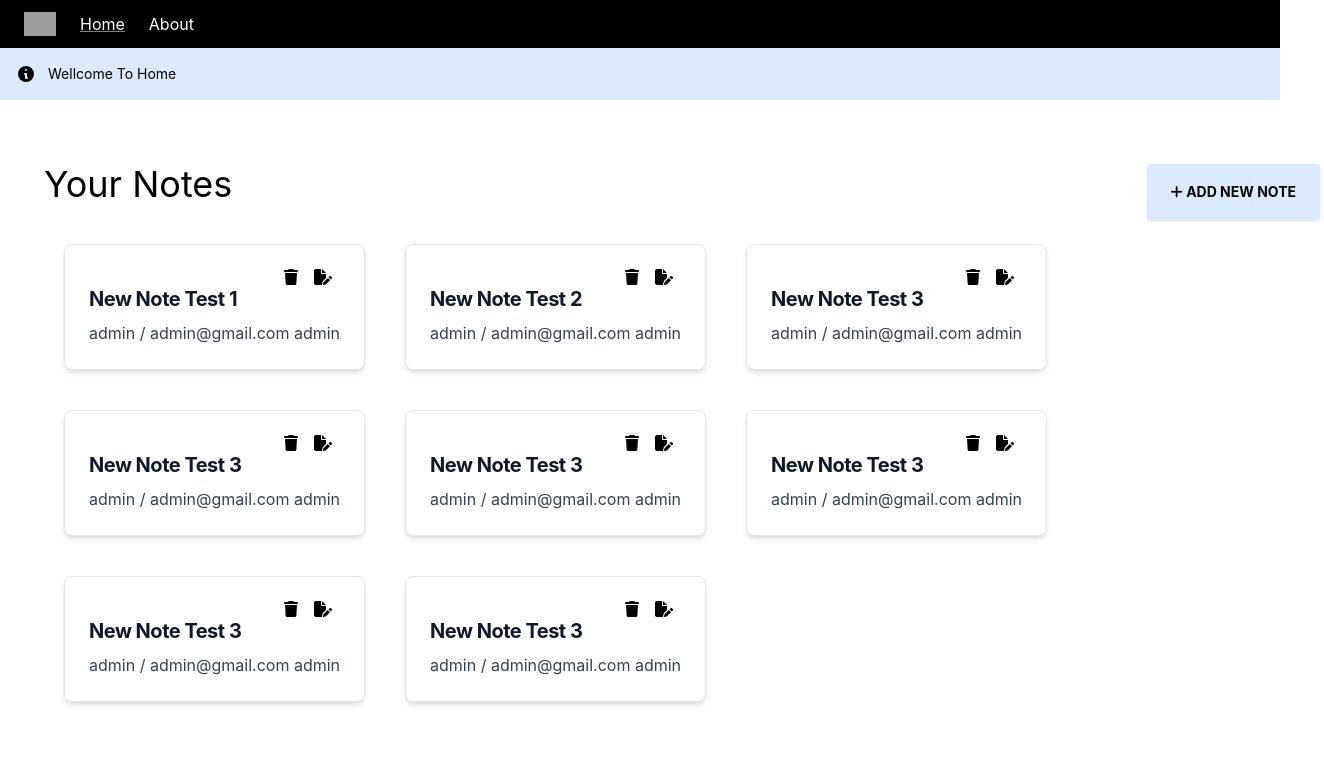
Repository: sonawaneteju4/iNote
Page: /
These files come from the project's save history. The page is drawn as it stood at one moment and after the next save; the edit follows.
The browser window is 1280 px wide. The page is 1324 px wide, so the pictures cover 1324 px, including what lies to the right of the window. The pictures show the whole page.
Pictures or frames that could not be fetched are drawn as grey boxes. Some web libraries are served in a nearby version. The project was rebuilt for these pictures with package versions that can differ from the ones it lists, and the page was loaded fresh each time. Also part of the build but not shown: src/components/AddNote.js, src/components/About.js.

Above is the page before, as saved 2022-10-11 10:55:24.

### public/index.html
<!DOCTYPE html>
<html lang="en">
  <head>
    <meta charset="utf-8" />
    <link rel="icon" href="%PUBLIC_URL%/favicon.ico" />
    <meta name="viewport" content="width=device-width, initial-scale=1" />
    <meta name="theme-color" content="#000000" />
    <meta
      name="description"
      content="Web site created using create-react-app"
    />
    <link rel="apple-touch-icon" href="%PUBLIC_URL%/logo192.png" />

    <link rel="manifest" href="%PUBLIC_URL%/manifest.json" />

    <title>iNote - Secured Notes On Cloud</title>
  </head>
  <body>
    <noscript>You need to enable JavaScript to run this app.</noscript>
    <script src="https://kit.fontawesome.com/61d960ae85.js" crossorigin="anonymous"></script>
    <div id="root"></div>
  </body>
</html>

### src/App.js
import "./App.css";
import { BrowserRouter, Routes, Route } from "react-router-dom";
import Navbar from "./components/Navbar";
import Home from "./components/Home";
import About from "./components/About";
import NoteState from "./context/notes/NoteState";
import Alert from "./components/Alert";

function App() {
  return (
    <>
      <NoteState>
        <BrowserRouter>
          <Navbar />
          <Alert message="Wellcome To Home"/>
          <div className="container m-11">

          <Routes>
            <Route exact path="/" element={<Home />}></Route>
            <Route exact path="/about" element={<About />}></Route>
          </Routes>
          </div>
        </BrowserRouter>
      </NoteState>
    </>
  );
}

export default App;

### src/App.css
.App {
  text-align: center;
}

.App-logo {
  height: 40vmin;
  pointer-events: none;
}

@media (prefers-reduced-motion: no-preference) {
  .App-logo {
    animation: App-logo-spin infinite 20s linear;
  }
}

.App-header {
  background-color: #282c34;
  min-height: 100vh;
  display: flex;
  flex-direction: column;
  align-items: center;
  justify-content: center;
  font-size: calc(10px + 2vmin);
  color: white;
}

.App-link {
  color: #61dafb;
}

@keyframes App-logo-spin {
  from {
    transform: rotate(0deg);
  }
  to {
    transform: rotate(360deg);
  }
}
i{cursor: pointer;

}

### src/components/Navbar.js
import React, {useEffect} from 'react'
import { Link, useLocation } from 'react-router-dom'

const Navbar = () => {
  let location = useLocation();
  useEffect(() => {
    console.log(location.pathname);
  }, [location])

  return (
    <nav className='flex bg-black text-white sticky top-0'>
        <ul className='flex m-3'>
            <li className='px-3'><Link to="/"><img alt="Logo" className='h-6' src='https://i.ibb.co/yyD6c8M/i-NOTE-3.png'></img></Link></li>
            <li className={`px-3  ${location.pathname==='/'? "underline decoration-sky-500": ""}`}><Link to="/">Home</Link></li>
            <li className={`px-3  ${location.pathname==='/about'? "underline decoration-sky-500": ""}`}><Link to="/about">About</Link></li>
        </ul>

    </nav>
  )
}

export default Navbar

### src/components/Home.js
import React from 'react'
// import NoteState from '../context/notes/NoteState';
import Notes from './Notes';

const Home = () => {

  return (
    <>
      <Notes/>
    </>

  )
}

export default Home

### src/context/notes/NoteState.js
import { useState } from 'react';
import NoteContext from './NoteContext';


const NoteState = (props) =>{
    const notesInitial = [
        {
          "_id": "6343f8ff5e6343bed4b7ddb5",
          "user": "63402d7553af99b0eef26534",
          "title": "New Note Test 1 ",
          "description": "admin / admin@gmail.com admin",
          "tag": "test",
          "date": "1665390388538",
          "__v": 0
        },
        {
          "_id": "6343f90f5e6343bed4b7ddb8",
          "user": "63402d7553af99b0eef26534",
          "title": "New Note Test 2 ",
          "description": "admin / admin@gmail.com admin",
          "tag": "test",
          "date": "1665390388538",
          "__v": 0
        },
        {
          "_id": "6343f9155e6343bed4b7ddba",
          "user": "63402d7553af99b0eef26534",
          "title": "New Note Test 3 ",
          "description": "admin / admin@gmail.com admin",
          "tag": "test",
          "date": "1665390388538",
          "__v": 0
        },
        {
            "_id": "6343f9155e6343bed4b7ddba",
            "user": "63402d7553af99b0eef26534",
            "title": "New Note Test 3 ",
            "description": "admin / admin@gmail.com admin",
            "tag": "test",
            "date": "1665390388538",
            "__v": 0
          },
          {
            "_id": "6343f9155e6343bed4b7ddba",
            "user": "63402d7553af99b0eef26534",
            "title": "New Note Test 3 ",
            "description": "admin / admin@gmail.com admin",
            "tag": "test",
            "date": "1665390388538",
            "__v": 0
          },
          {
            "_id": "6343f9155e6343bed4b7ddba",
            "user": "63402d7553af99b0eef26534",
            "title": "New Note Test 3 ",
            "description": "admin / admin@gmail.com admin",
            "tag": "test",
            "date": "1665390388538",
            "__v": 0
          },
          {
            "_id": "6343f9155e6343bed4b7ddba",
            "user": "63402d7553af99b0eef26534",
            "title": "New Note Test 3 ",
            "description": "admin / admin@gmail.com admin",
            "tag": "test",
            "date": "1665390388538",
            "__v": 0
          },
          {
            "_id": "6343f9155e6343bed4b7ddba",
            "user": "63402d7553af99b0eef26534",
            "title": "New Note Test 3 ",
            "description": "admin / admin@gmail.com admin",
            "tag": "test",
            "date": "1665390388538",
            "__v": 0
          }
      ]
      const [notes, setNotes] = useState(notesInitial)

      //Add a Note
      const addNote = (title, description,tag)=>{
        const note = {
          "_id": "6343f9155e6343bed4b7ddba",
          "user": "63402d7553af99b0eef26534",
          "title": title,
          "description": description,
          "tag": tag,
          "date": "1665390388538",
          "__v": 0
        };
        setNotes(notes.concat(note))
      }

      // Delete a Note
      const deleteNote = (id)=>{
        console.log(id)
        const newNotes = notes.filter((note)=>{return note._id!==id})
        setNotes(newNotes)
      }

      //Edit a Note
const editNote = (id, title, description,tag)=>{

}

    return(

        <NoteContext.Provider value={{notes, notesInitial, addNote ,deleteNote ,editNote }}>
            {props.children}
        </NoteContext.Provider>
            )
}

export default NoteState;

### src/components/Alert.js
import React from 'react'

const Alert = (props) => {
  return (
    <div className=''>
      <div className="flex p-4 mb-4 text-sm bg-blue-100 rounded-lgz text-black " role="alert">
  <svg aria-hidden="true" className="flex-shrink-0 inline w-5 h-5 mr-3" fill="currentColor" viewBox="0 0 20 20" xmlns="http://www.w3.org/2000/svg"><path fill-rule="evenodd" d="M18 10a8 8 0 11-16 0 8 8 0 0116 0zm-7-4a1 1 0 11-2 0 1 1 0 012 0zM9 9a1 1 0 000 2v3a1 1 0 001 1h1a1 1 0 100-2v-3a1 1 0 00-1-1H9z" clip-rule="evenodd"></path></svg>
  {props.message}
  </div>
    </div>
  )
}

export default Alert

### src/components/Notes.js
import React, {useContext } from 'react'
import NoteContext from '../context/notes/NoteContext';
import AddNote from './AddNote';
import NoteItem from './NoteItem';


const Notes = () => {
    const context = useContext(NoteContext);
    const [showModal, setShowModal] = React.useState(false);
    const {notes, addNote} = context
  return (
    <div>
<div className='flex flex-row justify-between'>
      <h1 className='py-5 text-4xl'>Your Notes</h1>

      <button
        className="bg-blue-100 text-black active:bg-pink-600 font-bold uppercase text-sm my-5 px-6 py-3 rounded shadow hover:shadow-lg outline-none focus:outline-none mr-1 mb-1 ease-linear transition-all duration-150"
        type="button"
        onClick={() => setShowModal(true)}
        >
        <i class="fa-solid fa-plus"></i> Add New Note
      </button>
      {showModal ? (
        <>
          <div
            className="justify-center items-center flex overflow-x-hidden overflow-y-auto fixed inset-0 z-50 outline-none focus:outline-none"
            >
            <div className="relative w-auto my-6 mx-auto max-w-3xl">
              {/*content*/}
              <div className="border-0 rounded-lg shadow-lg relative flex flex-col w-full bg-white outline-none focus:outline-none">
                {/*header*/}
                <div className="flex  items-start justify-between p-5 border-b border-solid border-slate-200 rounded-t">
                  <h3 className="text-3xl font-semibold">
                    Create New Note
                  </h3>
                  <button
                    className="p-1 ml-auto bg-transparent border-0 text-black opacity-5 float-right text-3xl leading-none font-semibold outline-none focus:outline-none"
                    onClick={() => setShowModal(false)}
                    >
                    <span className="bg-transparent text-black opacity-5 h-6 w-6 text-2xl block outline-none focus:outline-none">

                    </span>
                  </button>
                </div>
                {/*body*/}

                    <AddNote/>
                {/*footer*/}
                <div className="flex items-center justify-end p-6 border-t border-solid border-slate-200 rounded-b">
                  <button
                    className="text-red-500 background-transparent font-bold uppercase px-6 py-2 text-sm outline-none focus:outline-none mr-1 mb-1 ease-linear transition-all duration-150"
                    type="button"
                    onClick={() => setShowModal(false)}
                    >
                    Close
                  </button>
                </div>
              </div>
            </div>
          </div>
          <div className="opacity-25 fixed inset-0 z-40 bg-black"></div>
        </>
      ) : null}
      </div>


    <div className='flex flex-wrap'>
        {notes.map((note)=>{
            return <NoteItem key={note._id} note={note}/>;
        })}
    </div>
        </div>
  )
}

export default Notes

### src/components/NoteItem.js
import React, { useContext } from "react";
import NoteContext from '../context/notes/NoteContext';


const NoteItem = (props) => {
 const context = useContext(NoteContext)
  const {deleteNote} = context;
  const { note } = props;
  return (
    <div className="p-5">
      <div class="p-6 max-w-sm bg-white rounded-lg border border-gray-200 shadow-md hover:bg-gray-100">
        <div className="flex item-start justify-end">
          <i class="fa-solid fa-trash mx-2" onClick={()=>{deleteNote(note._id)}}></i>
          <i class="fa-solid fa-file-pen mx-2"></i>
        </div>
          <h5 class="mb-2 text-xl font-bold tracking-tight text-gray-900">
            {note.title}
          </h5>
        <p class="font-normal text-gray-700"> {note.description}</p>
      </div>
    </div>
  );
};

export default NoteItem;

Loaded but not shown: src/index.js (common file); src/index.css (common file); src/context/notes/NoteContext.js (common file); tailwind.config.js (common file)

After the next save:
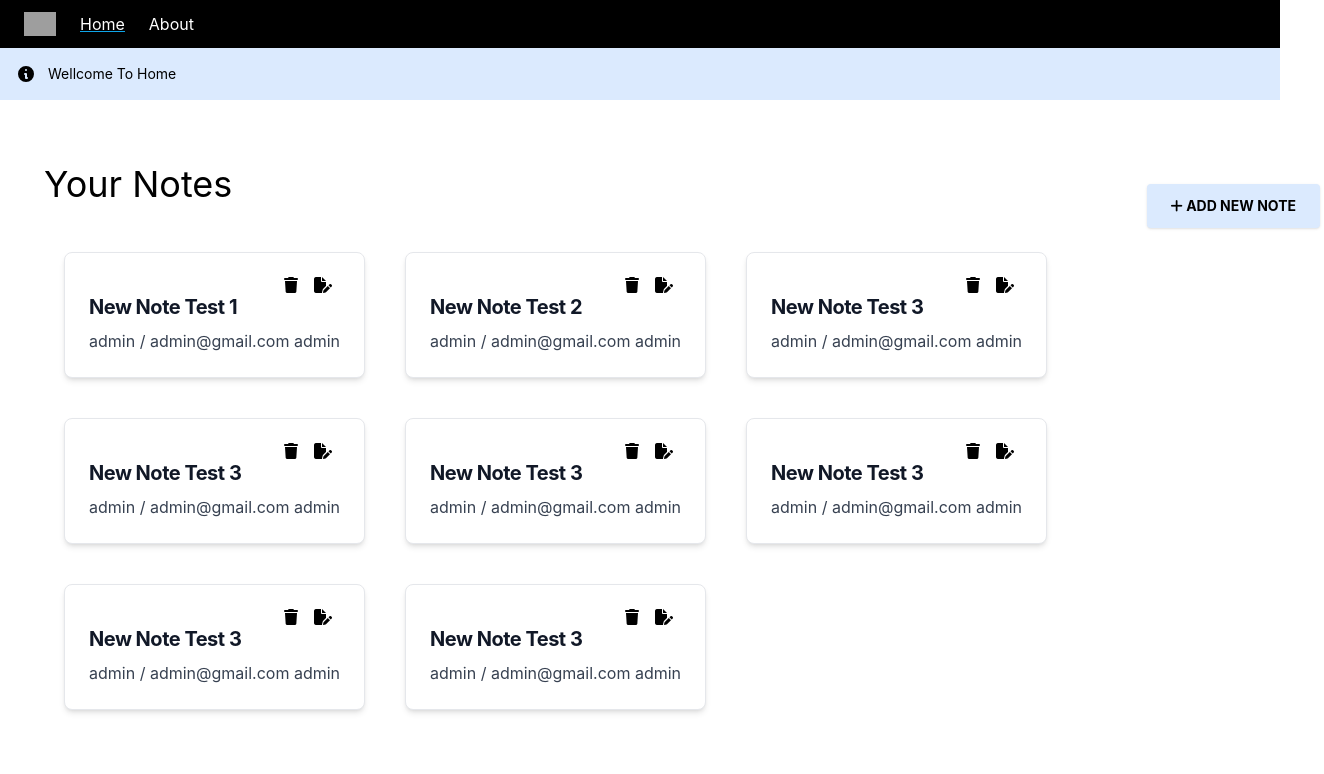
Saved 6 s later.
--- a/src/components/Notes.js
+++ b/src/components/Notes.js
@@ -14,7 +14,7 @@ const Notes = () => {
       <h1 className='py-5 text-4xl'>Your Notes</h1>
 
       <button
-        className="bg-blue-100 text-black active:bg-pink-600 font-bold uppercase text-sm my-5 px-6 py-3 rounded shadow hover:shadow-lg outline-none focus:outline-none mr-1 mb-1 ease-linear transition-all duration-150"
+        className="bg-blue-100 text-black active:bg-pink-600 font-bold uppercase text-sm my-10 px-6 py-3 rounded shadow hover:shadow-lg outline-none focus:outline-none mr-1 mb-1 ease-linear transition-all duration-150"
         type="button"
         onClick={() => setShowModal(true)}
         >
